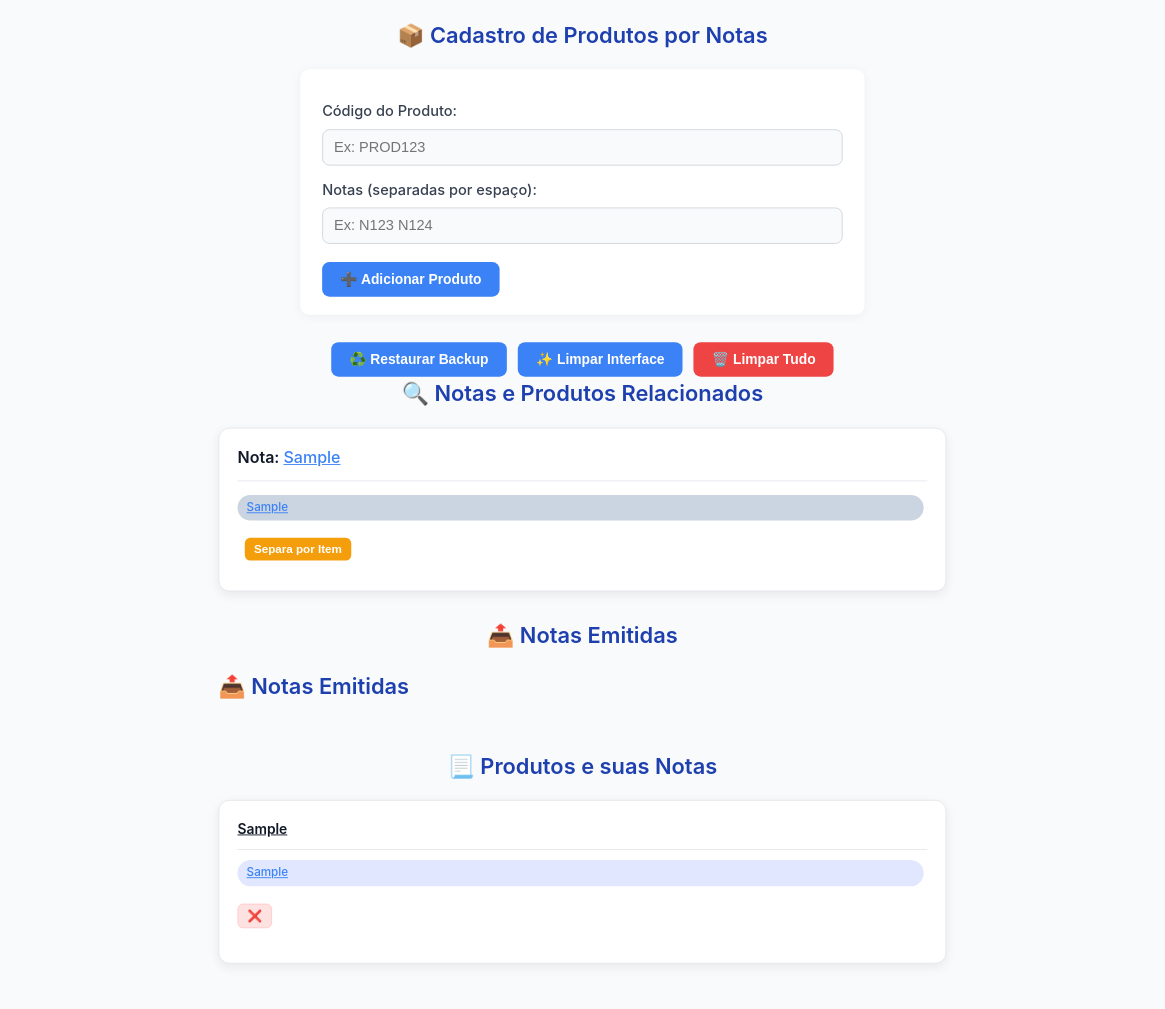
Repository: meiotera/cadastroNotasProdutos
Page: index.html
These files come from the project's save history. The page is drawn as it stood at one moment and after the next save; the edit follows.
The browser window is 1280 px wide. The pictures show the whole page, at 91% of full size.
Empty fields were first filled with sample values (such as "Sample", 5 or name@example.com).
After loading, the first visible `#formProduto` was submitted once.

Above is the page before, as saved 2025-06-11 18:24:08.

After the next save:
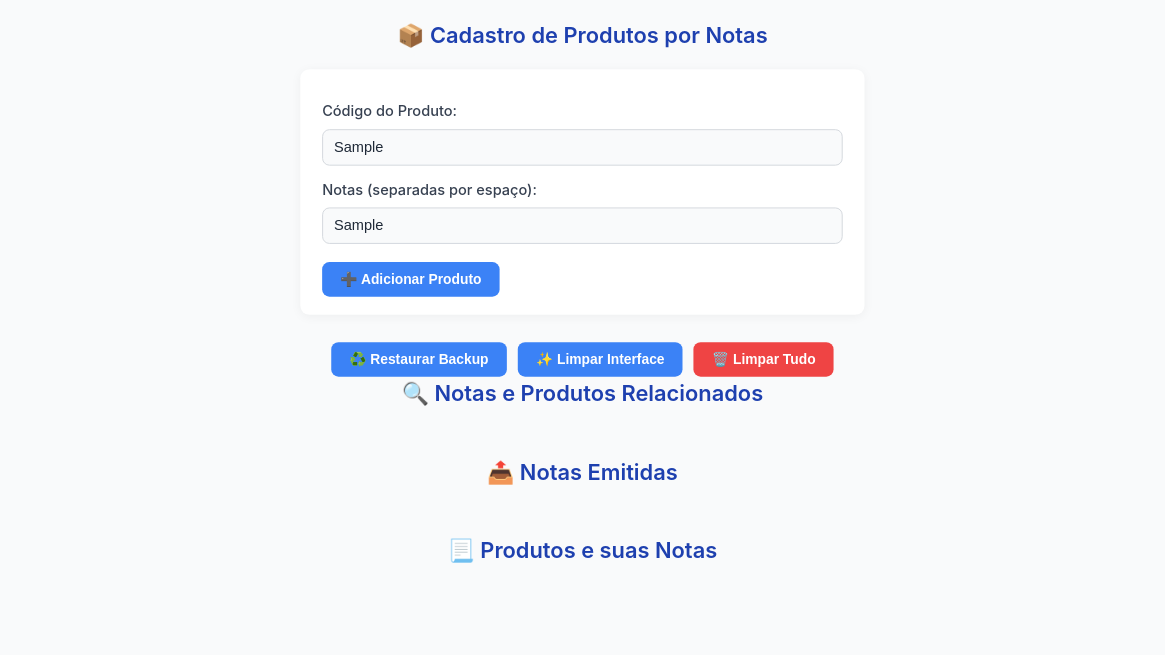
Console error: TypeError: Cannot read properties of null (reading 'value')
Saved 3 s later.
--- a/script.js
+++ b/script.js
@@ -1,5 +1,6 @@
 const form = document.getElementById('formProduto');
 const codigoInput = document.getElementById('codigo');
+const nomeProdutoInput = document.getElementById('nomeProduto'); // Novo input
 const listaProdutos = document.getElementById('listaProdutos');
 const notasInput = document.getElementById('notas');
 const notasProdutos = document.getElementById('notasProdutos');
@@ -35,18 +36,28 @@ codigoInput.addEventListener('blur', () => {
 
   if (produtoExistente && produtoExistente.notas.length > 0) {
     notasInput.value = produtoExistente.notas.join(' ');
+    if (produtoExistente.nome) {
+      nomeProdutoInput.value = produtoExistente.nome;
+    } else {
+      nomeProdutoInput.value = ''; // Limpa se não houver nome no backup
+    }
+  } else {
+    // Se o produto não for encontrado no backup ou não tiver notas, limpa ambos os campos
+    notasInput.value = '';
+    nomeProdutoInput.value = '';
   }
 });
 
 form.addEventListener('submit', (e) => {
   e.preventDefault();
   const codigo = codigoInput.value.trim();
+  const nome = nomeProdutoInput.value.trim(); // Captura o nome do produto
   const notas = notasInput.value
     .split(' ')
     .map((n) => n.trim())
     .filter(Boolean);
 
-  if (!codigo || notas.length === 0) return;
+  if (!codigo || !nome || notas.length === 0) return; // Adiciona verificação para o nome
   const indiceProdutoExistenteEmProdutosNotas = produtosNotas.findIndex(
     (p) => p.codigo === codigo,
   );
@@ -58,20 +69,22 @@ form.addEventListener('submit', (e) => {
   if (indiceProdutoExistenteEmProdutosNotas > -1) {
     // Produto existe em produtosNotas (UPDATING)
     produtosNotas[indiceProdutoExistenteEmProdutosNotas].notas = notas;
+    produtosNotas[indiceProdutoExistenteEmProdutosNotas].nome = nome; // Atualiza o nome
 
     // Atualiza no backup SOMENTE SE JÁ EXISTIR LÁ
     if (indiceProdutoExistenteEmBackup > -1) {
       produtosNotasBackup[indiceProdutoExistenteEmBackup].notas = notas;
+      produtosNotasBackup[indiceProdutoExistenteEmBackup].nome = nome; // Atualiza o nome no backup
     }
     // Se não existe no backup, não faz nada com o backup durante uma atualização.
   } else {
     // Produto é NOVO para produtosNotas (ADDING)
-    const novoProduto = { codigo, notas };
+    const novoProduto = { codigo, nome, notas }; // Inclui o nome ao criar novo produto
     produtosNotas.push(novoProduto);
 
     // Adiciona ao backup SOMENTE SE NÃO EXISTIR LÁ AINDA
     if (indiceProdutoExistenteEmBackup === -1) {
-      produtosNotasBackup.push({ ...novoProduto });
+      produtosNotasBackup.push({ ...novoProduto }); // Inclui o nome ao adicionar no backup
     }
   }
 
@@ -129,7 +142,11 @@ function emitirNota(notaSelecionada) {
 
 // 🗑️ Limpar tudo
 btnLimpar.addEventListener('click', () => {
-  if (confirm('Tem certeza que deseja apagar todos os dados?')) {
+  if (
+    confirm(
+      'Tem certeza que deseja apagar TODOS os dados (incluindo o backup)?',
+    )
+  ) {
     produtosNotas = [];
     produtosNotasBackup = [];
     notasEmitidas = [];
@@ -218,6 +235,7 @@ function renderizarProdutos(codigoFiltro = null) {
     div.classList.add('card-nota'); // Adiciona classe para consistência visual
     div.innerHTML = `
       <strong class="codigo-clicavel">${p.codigo}</strong>
+      <div class="produto-nome-display">${p.nome || 'Nome não informado'}</div>
       ${p.notas
         .map((n) => `<span class="tag codigo-clicavel">${n}</span>`)
         .join('')}
@@ -238,7 +256,11 @@ function renderizarProdutos(codigoFiltro = null) {
 
     // Botão de remover item
     div.querySelector('.botao-remover').addEventListener('click', () => {
-      if (confirm(`Deseja remover o produto ${p.codigo}?`)) {
+      if (
+        confirm(
+          `Deseja remover o produto ${p.codigo} (${p.nome || 'Sem nome'})?`,
+        )
+      ) {
         const codigoARemover = p.codigo;
         // Encontra o índice real na lista principal produtosNotas
         const originalIndex = produtosNotas.findIndex(
